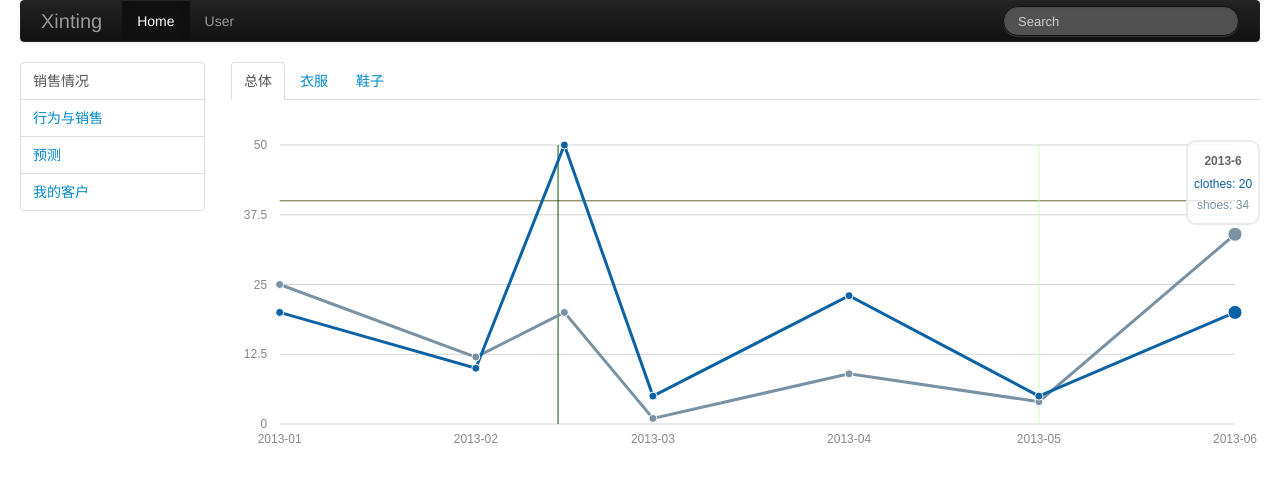
Repository: uxinting/app
Page: taobao/taobao/templates/base.html
An editor plug-in stored every save of this project. The page is shown before and after the next save, followed by the edit.
The browser window is 1280 px wide. The pictures show the whole page.

Above is the page before, as saved 2013-04-20 03:34:04.

### taobao/taobao/templates/base.html
<!DOCTYPE html>
<html>
	<head>
		<title>Base</title>
		<meta charset="utf-8" />

		<!-- css -->
		<link rel="stylesheet" href="../static/bootstrap/css/bootstrap.min.css" />
		<link rel="stylesheet" href="../static/morris/morris.css" />
		<link rel="stylesheet" href="../static/css/base.css" />
	</head>
	<body>
		<div class="container-fluid">
			<div class="row-fluid">
				<div class="navbar navbar-inverse">
					<div class="navbar-inner">
						<div class="brand" href="#">
							Xinting
						</div>
						<ul class="nav">
							<li class="active"><a href="#">Home</a></li>
							<li><a href="#">User</a></li>
						</ul>
						<form class="navbar-search pull-right">
							<input type="text" class="search-query" placeholder="Search" />
						</form>
					</div>
				</div>
			</div>
			<div class="row-fluid">
				<div class="span2">
					<ul class="nav nav-tabs nav-stacked">
						<li class="active">
							<a href="#sell" data-toggle="tab">销售情况</a>
						</li>
						<li><a href="#action-sell" data-toggle="tab">行为与销售</a></li>
						<li><a href="#prodict" data-toggle="tab">预测</a></li>
						<li><a href="#customer" data-toggle="tab">我的客户</a></li>
					</ul>
				</div>
				<div class="span10">
					<div class="tab-content">
						<div class="tab-pane active" id="sell">
							<div class="tabbable">
								<ul class="nav nav-tabs">
									<li class="active">
										<a href="#all" data-toggle="tab">总体</a>
									</li>
									<li >
										<a href="#clothes" data-toggle="tab">衣服</a>
									</li>
									<li>
										<a href="#shoes" data-toggle="tab">鞋子</a>
									</li>
								</ul>
								<div class="tab-content">
									<div class="tab-pane active" id="all"></div>
									<div class="tab-pane" id="clothes"></div>
									<div class="tab-pane" id="shoes">shoes</div>
								</div>
							</div>
						</div>
						<div class="tab-pane" id="action-sell">
							<p>action-sell</p>
						</div>
						<div class="tab-pane" id="prodict">
							<p>prodict</p>
						</div>
						<div class="tab-pane" id="customer">
							<p>customer</p>
						</div>
					</div>
				</div>
			</div>
		</div>

		<!-- sciprt -->
		<script src="../static/js/jquery-1.9.1.js"></script>
		<script src="../static/bootstrap/js/bootstrap.min.js"></script>
		<script src="../static/peity/jquery.peity.min.js"></script>
		<script src="../static/morris/morris.min.js"></script>
		<script src="../static/morris/raphael-min.js"></script>
		<script src="../static/js/base.js"></script>
	</body>
</html>

### taobao/taobao/static/css/base.css
.tab-content {
	width: 100%;
	height: 100%;
}

### taobao/taobao/static/js/base.js
$(function() {
	new Morris.Line({
	  // ID of the element in which to draw the chart.
	  element: 'all',
	  // Chart data records -- each entry in this array corresponds to a point on
	  // the chart.
	  data: [
		{ time: '2013-1', clothes: 20, shoes: 25 },
		{ time: '2013-2', clothes: 10, shoes: 12 },
		{ time: '2013-2-15', clothes: 50, shoes: 20},
		{ time: '2013-3', clothes: 5, shoes: 1 },
		{ time: '2013-4', clothes: 23, shoes: 9},
		{ time: '2013-5', clothes: 5, shoes: 4 },
		{ time: '2013-6', clothes: 20, shoes: 34 }
	  ],
	  goals: [
	  	40
	  ],
	  events: [
	  	'2013-2-14', '2013-5-1'
	  ],
	  // The name of the data record attribute that contains x-clothess.
	  xkey: 'time',
	  // A list of names of data record attributes that contain y-clothess.
	  ykeys: ['clothes', 'shoes'],
	  // Labels for the ykeys -- will be displayed when you hover over the
	  // chart.
	  labels: ['clothes', 'shoes'],
	  smooth: false
	});
});

### taobao/static/css/base.css
.tab-content {
	width: 100%;
	height: 100%;
}

### taobao/static/js/base.js
$(function() {

	$('#btn-login').tooltip({
		'animation': true,
		'placement': 'bottom',
		'title': '只有授权成功后才会登录成功',
		'trigger': 'hover focus',
		'delay': 0,
		'container': false
	}); //tooltip

});

Loaded but not shown: taobao/taobao/static/bootstrap/css/bootstrap.min.css (library); taobao/taobao/static/morris/morris.css (common file); taobao/taobao/static/js/jquery-1.9.1.js (library); taobao/taobao/static/bootstrap/js/bootstrap.min.js (library); taobao/taobao/static/peity/jquery.peity.min.js (library); taobao/taobao/static/morris/morris.min.js (library); taobao/taobao/static/morris/raphael-min.js (library); taobao/static/bootstrap/css/bootstrap.min.css (library); taobao/static/morris/morris.css (common file); taobao/static/js/jquery-1.9.1.js (library); taobao/static/bootstrap/js/bootstrap.min.js (library); taobao/static/peity/jquery.peity.min.js (library); taobao/static/morris/morris.min.js (library); taobao/static/morris/raphael-min.js (library)

After the next save:
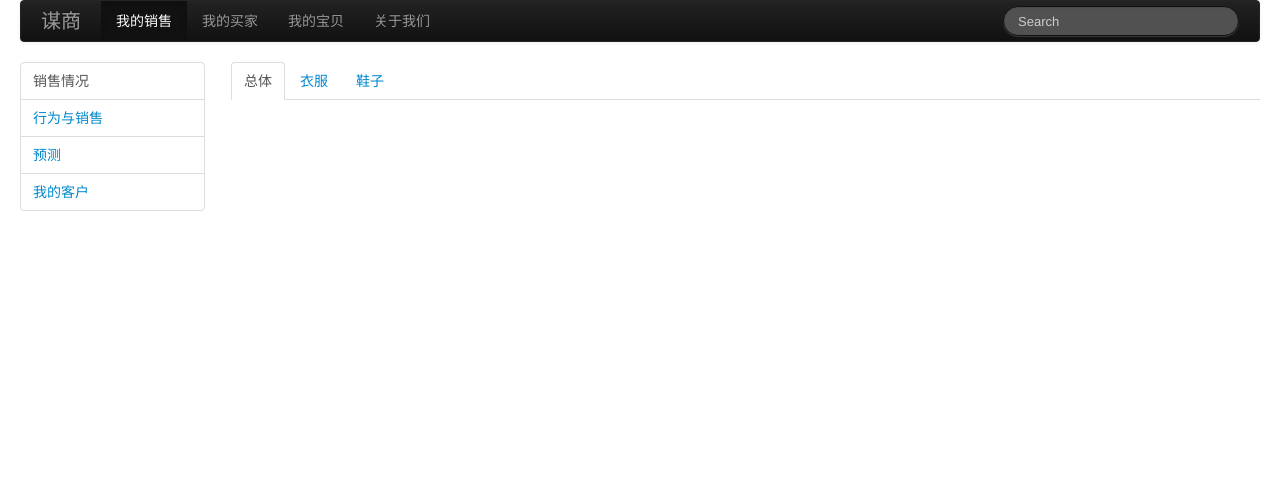
Saved 3 min 10 s later.
--- a/taobao/taobao/templates/base.html
+++ b/taobao/taobao/templates/base.html
@@ -5,9 +5,9 @@
 		<meta charset="utf-8" />
 
 		<!-- css -->
-		<link rel="stylesheet" href="../static/bootstrap/css/bootstrap.min.css" />
-		<link rel="stylesheet" href="../static/morris/morris.css" />
-		<link rel="stylesheet" href="../static/css/base.css" />
+		<link rel="stylesheet" href="/static/bootstrap/css/bootstrap.min.css" />
+		<link rel="stylesheet" href="/static/morris/morris.css" />
+		<link rel="stylesheet" href="/static/css/base.css" />
 	</head>
 	<body>
 		<div class="container-fluid">
@@ -15,11 +15,13 @@
 				<div class="navbar navbar-inverse">
 					<div class="navbar-inner">
 						<div class="brand" href="#">
-							Xinting
+							谋商
 						</div>
 						<ul class="nav">
-							<li class="active"><a href="#">Home</a></li>
-							<li><a href="#">User</a></li>
+							<li class="active"><a href="#">我的销售</a></li>
+							<li><a href="#">我的买家</a></li>
+							<li><a href="#">我的宝贝</a></li>
+							<li><a href="#">关于我们</a></li>
 						</ul>
 						<form class="navbar-search pull-right">
 							<input type="text" class="search-query" placeholder="Search" />
@@ -29,6 +31,8 @@
 			</div>
 			<div class="row-fluid">
 				<div class="span2">
+					<div class="nav-container">
+					</div>
 					<ul class="nav nav-tabs nav-stacked">
 						<li class="active">
 							<a href="#sell" data-toggle="tab">销售情况</a>
@@ -39,6 +43,8 @@
 					</ul>
 				</div>
 				<div class="span10">
+					<div class="content-container">
+					</div>
 					<div class="tab-content">
 						<div class="tab-pane active" id="sell">
 							<div class="tabbable">
@@ -75,11 +81,11 @@
 		</div>
 
 		<!-- sciprt -->
-		<script src="../static/js/jquery-1.9.1.js"></script>
-		<script src="../static/bootstrap/js/bootstrap.min.js"></script>
-		<script src="../static/peity/jquery.peity.min.js"></script>
-		<script src="../static/morris/morris.min.js"></script>
-		<script src="../static/morris/raphael-min.js"></script>
-		<script src="../static/js/base.js"></script>
+		<script src="/static/js/jquery-1.9.1.js"></script>
+		<script src="/static/bootstrap/js/bootstrap.min.js"></script>
+		<script src="/static/peity/jquery.peity.min.js"></script>
+		<script src="/static/morris/morris.min.js"></script>
+		<script src="/static/morris/raphael-min.js"></script>
+		<script src="/static/js/base.js"></script>
 	</body>
 </html>
